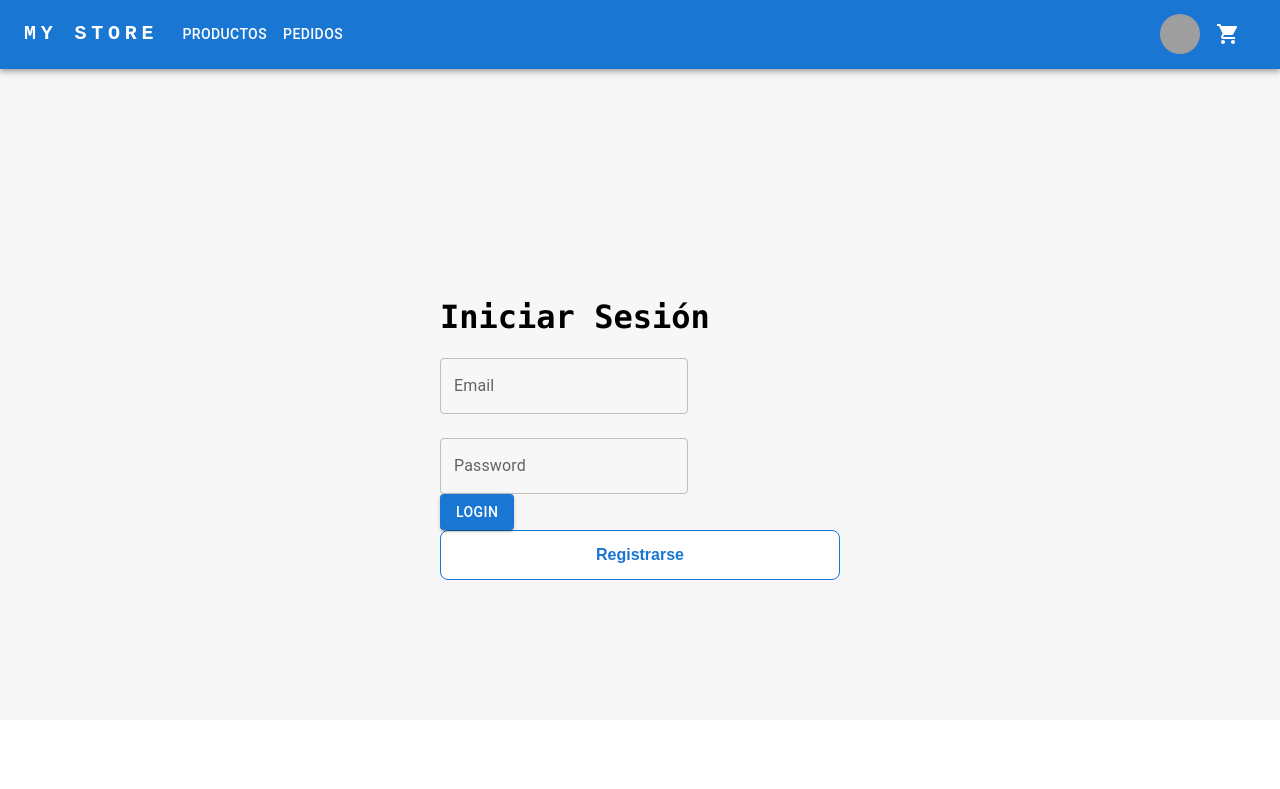
Repository: DanielBorussia/front-my-store
Page: /login
These files come from the project's save history. The page is drawn as it stood at one moment and after the next save; the edit follows.
The browser window is 1280 px wide. The pictures show the whole page.
Pictures or frames that could not be fetched are drawn as grey boxes. The project was rebuilt for these pictures with package versions that can differ from the ones it lists, and the page was loaded fresh each time. Also part of the build but not shown: src/components/OrderItem.js, src/containers/MyOrderPreview.js, src/components/ProductItem.js, src/hooks/useGetProducts.js, src/shared/Loading.js, src/containers/ProductList.js, src/pages/Home.js, src/styles/ShoppingItem.scss and 2 more.

Above is the page before, as saved 2023-07-02 14:33:32.

After the next save:
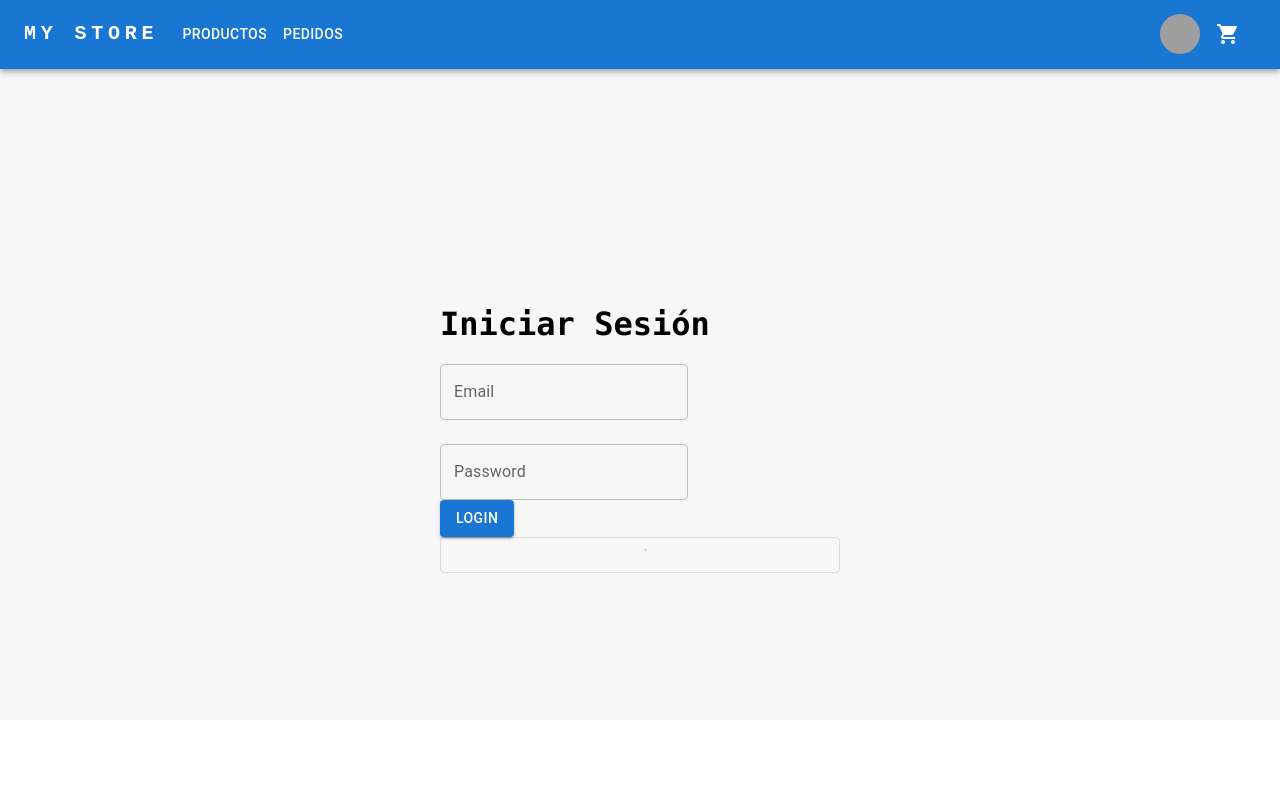
Saved 3 min 19 s later.
--- a/src/components/Login.js
+++ b/src/components/Login.js
@@ -1,6 +1,7 @@
 import React, { useRef } from 'react';
 import '../styles/Login.scss';
 import { Box, Button, Grid, TextField } from '@mui/material';
+import LoadingButton from '@mui/lab/LoadingButton';
 
 const Login = () => {
     const form = useRef(null);
@@ -31,9 +32,13 @@ const Login = () => {
 					Login
 				</Button>
 				</form>
-				<button className="button__secondary">
-					Registrarse
-				</button>
+				<LoadingButton
+					loading={true}
+					variant="outlined"
+					disabled
+					>
+					<span>Registrarse</span>
+				</LoadingButton>
 			</Box>
 		</Box>
     );
